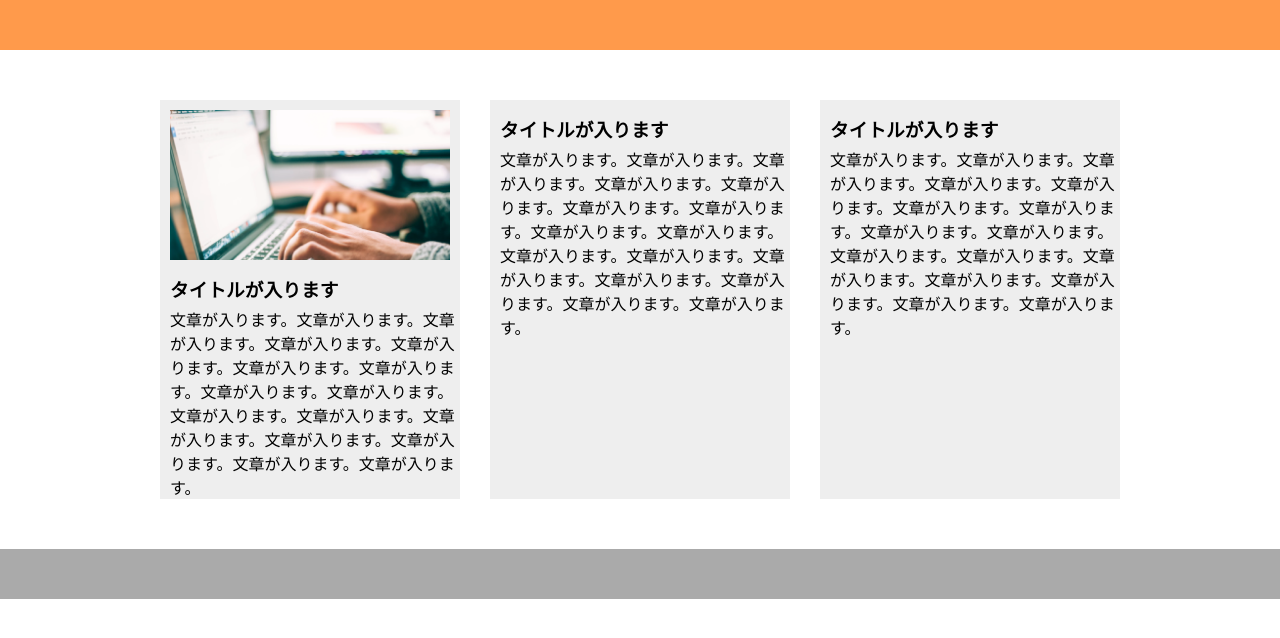
Repository: obm48er/all
Page: ennsyuu/演習問題９/index.html
The author's editor kept a record of every edit. The page is drawn from the files as they stood at one moment, then again after the next edit.
The browser window is 1280 px wide. The pictures show the whole page.

Above is the page before.

### ennsyuu/演習問題９/index.html
<!DOCTYPE html>
<html lang="ja">
  <head>
    <meta charset="UTF-8" />


    <link rel="stylesheet" href="style.css" />
    <title>CARAVAN</title>
  </head>
  <body>
    <header>

    </header>
    <main>
      <div class="box1">
        <div class="box-image box-image1"></div>
        <h3 class="text-title">タイトルが入ります</h3>
        <p class="text">文章が入ります。文章が入ります。文章が入ります。文章が入ります。文章が入ります。文章が入ります。文章が入ります。文章が入ります。文章が入ります。文章が入ります。文章が入ります。文章が入ります。文章が入ります。文章が入ります。文章が入ります。文章が入ります。</p>
      </div>
      <div class="box1">
        <div class="box-image1 box-image2"></div>
        <h3 class="text-title">タイトルが入ります</h3>
        <p class="text">文章が入ります。文章が入ります。文章が入ります。文章が入ります。文章が入ります。文章が入ります。文章が入ります。文章が入ります。文章が入ります。文章が入ります。文章が入ります。文章が入ります。文章が入ります。文章が入ります。文章が入ります。文章が入ります。</p>
      </div>
      <div class="box1">
        <div class="box-image1 box-image3"></div>
        <h3 class="text-title">タイトルが入ります</h3>
        <p class="text">文章が入ります。文章が入ります。文章が入ります。文章が入ります。文章が入ります。文章が入ります。文章が入ります。文章が入ります。文章が入ります。文章が入ります。文章が入ります。文章が入ります。文章が入ります。文章が入ります。文章が入ります。文章が入ります。</p>
      </div>
    </main>

  </body>
  <footer>

  </footer>

### ennsyuu/演習問題９/style.css
* {
  margin: 0;
  padding: 0;
  box-sizing: border-box;
}

header{
  height: 50px;
  background-color: #FF9A4B;
}
main{
  width: 960px;
  display:flex;
  justify-content:center;
  margin: 0 auto;
}
.step{
  position: absolute;
  top: 0;
  left: 0;
  background-color: #ff9a4b;
  color: #fff;
}
.box1{
  width: 300px;
  margin: 50px 0 ;
  background-color: #EEEEEE;
  margin-right: 30px;
  position: relative;
}
.box1:last-child{
  margin-right: 0;
}
.box-image{
  background-size: cover;
  height: 150px;
  margin:10px 10px 0 10px;
}
.box-image1{
  background-image: url(img/flow01.png)
}
.box-image2{
  background-image: url(img/flow02.png)
}
.box-image3{
  background-image: url(img/flow03.png)
}

.text-title{
  padding: 15px 0 5px 10px;
}
.text{
  margin-left: 10px;
}



footer{
  height: 50px;
  background-color: #AAAAAA;
}


@media screen and (max-width:768px) {

  main{
    width: 100%;
    margin: 50px 0;
    display:block;
  }

  .box1{
  width: 90%;
  margin:auto;
  background-color: #EEEEEE;
  margin-bottom:20px;
  position: relative;
  }
  .box1:last-child{
  margin-bottom: 0;
  margin: auto;
  }
}

After the next edit:
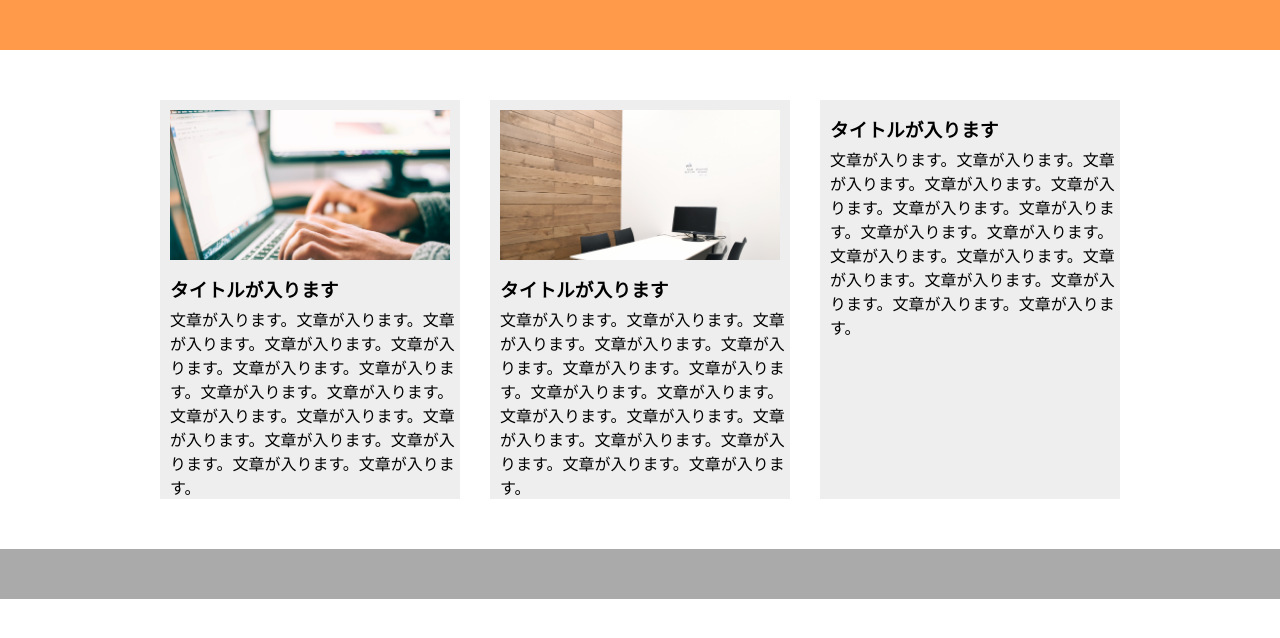
The edit:
--- a/ennsyuu/演習問題９/index.html
+++ b/ennsyuu/演習問題９/index.html
@@ -18,7 +18,7 @@
         <p class="text">文章が入ります。文章が入ります。文章が入ります。文章が入ります。文章が入ります。文章が入ります。文章が入ります。文章が入ります。文章が入ります。文章が入ります。文章が入ります。文章が入ります。文章が入ります。文章が入ります。文章が入ります。文章が入ります。</p>
       </div>
       <div class="box1">
-        <div class="box-image1 box-image2"></div>
+        <div class="box-image box-image2"></div>
         <h3 class="text-title">タイトルが入ります</h3>
         <p class="text">文章が入ります。文章が入ります。文章が入ります。文章が入ります。文章が入ります。文章が入ります。文章が入ります。文章が入ります。文章が入ります。文章が入ります。文章が入ります。文章が入ります。文章が入ります。文章が入ります。文章が入ります。文章が入ります。</p>
       </div>
